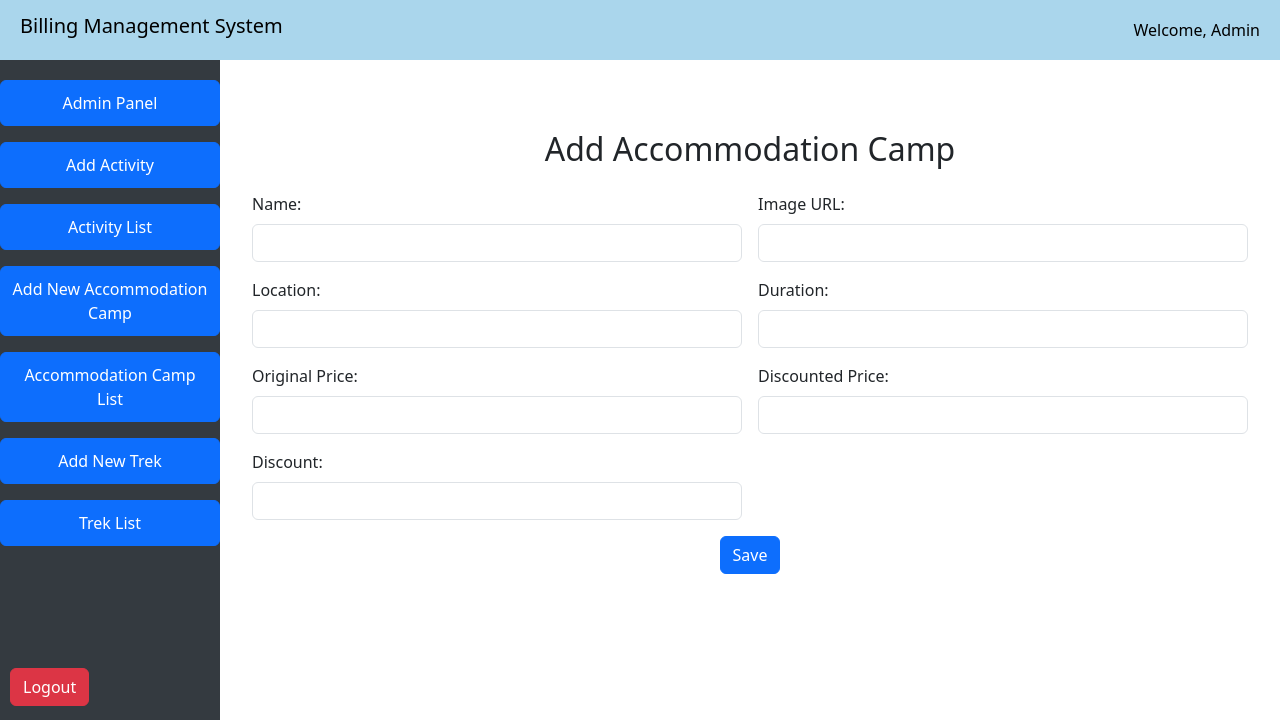
Repository: ruturajsurwase/Thymleaf-Projects
Page: http://localhost/accommodationcamp-form
An editor plug-in stored every save of this project. The page is shown before and after the next save, followed by the edit.
The browser window is 1280 px wide. The pictures show the whole page.
The page is this project's Thymeleaf template; nobody is signed in. The template is opened directly, without the code that normally fills it, so the values that code supplies are empty.

Above is the page before, as saved 2024-12-16 08:34:27.

After the next save:
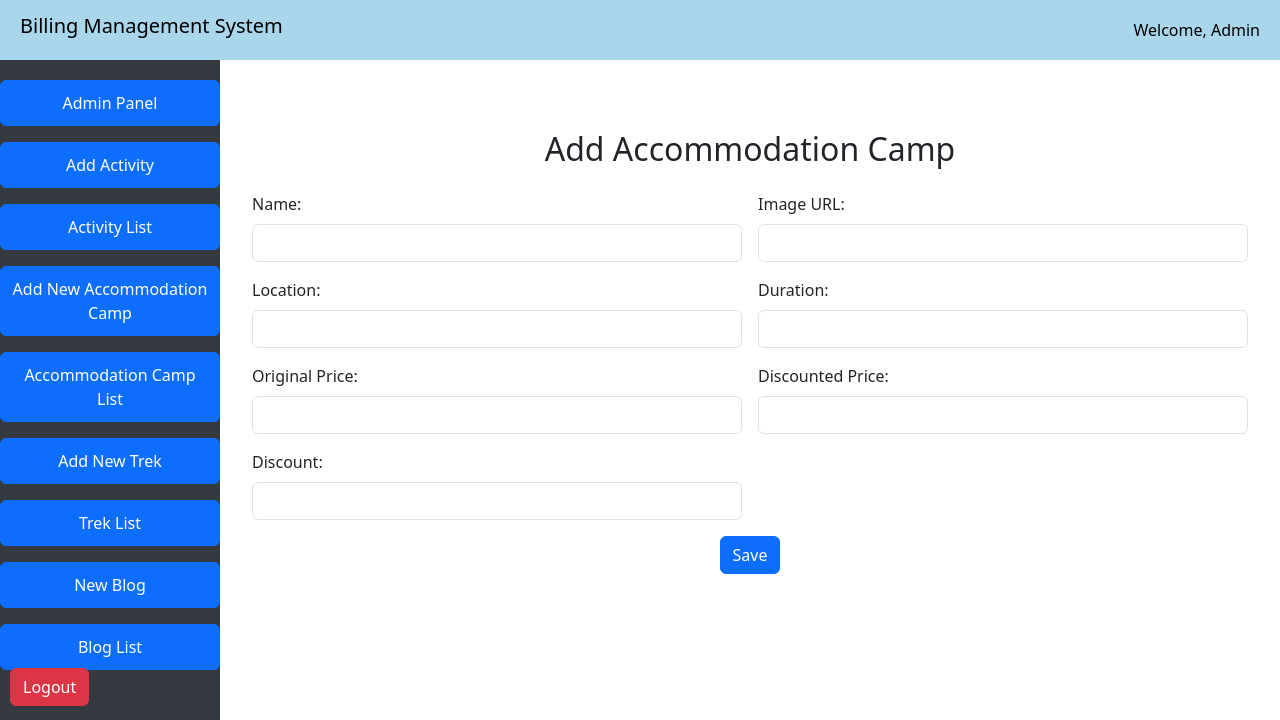
Saved 46 s later.
--- a/WEEKENDFEELS/src/main/resources/templates/accommodationcamp-form.html
+++ b/WEEKENDFEELS/src/main/resources/templates/accommodationcamp-form.html
@@ -94,6 +94,10 @@
 
 	       <a href="/treks" class="btn btn-primary btn-block mb-3">Trek List</a>
 
+	          <a href="/articles/new" class="btn btn-primary btn-block mb-3"> New Blog</a>
+
+	  <a href="/articles/list" class="btn btn-primary btn-block mb-3">Blog List</a>
+
         <form th:action="@{/logout}" method="post" class="logout-btn">
             <button type="submit" class="btn btn-danger btn-block">Logout</button>
         </form>
